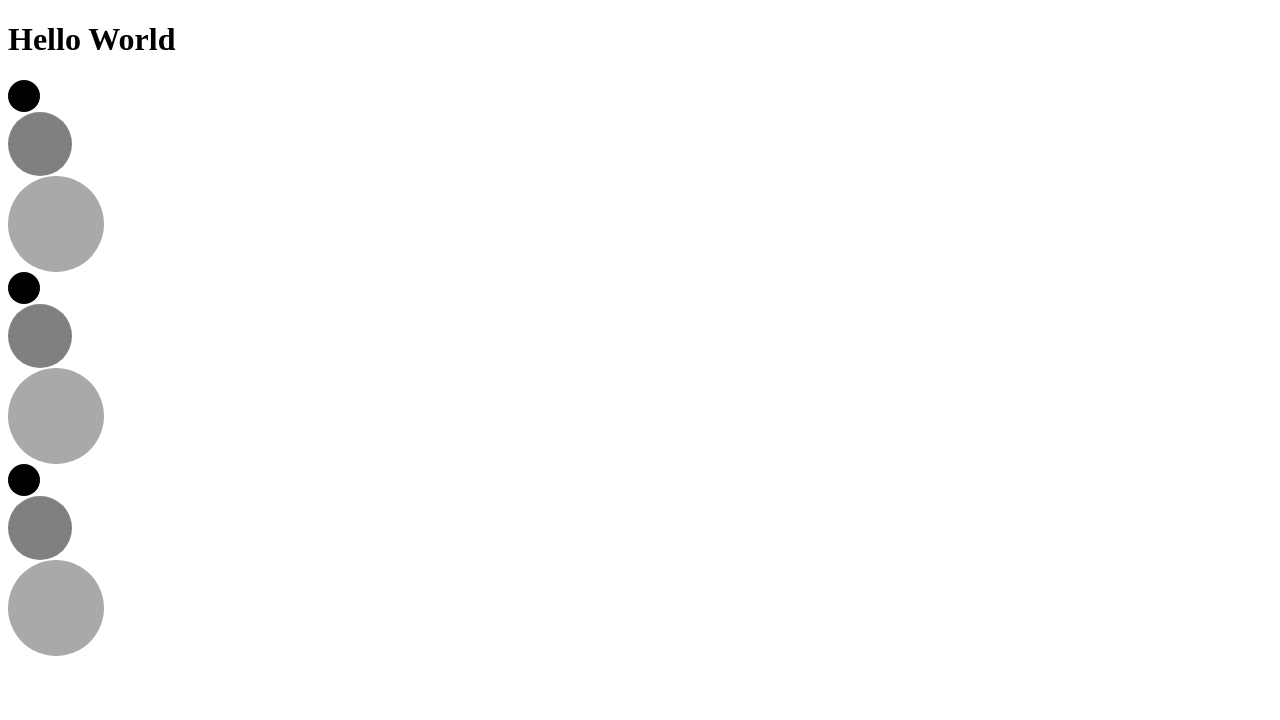
Repository: sarahlochhead/css-demo
Page: index.html
These files come from the project's save history. The page is drawn as it stood at one moment and after a run of saves; the edit follows.
The browser window is 1280 px wide. The pictures show the whole page.

Above is the page before, as saved 2023-04-28 12:28:47.

### index.html
<!DOCTYPE html>
<html lang="en">
<head>
    <meta charset="UTF-8">
    <meta http-equiv="X-UA-Compatible" content="IE=edge">
    <meta name="viewport" content="width=device-width, initial-scale=1.0">
    <title>Light It Up Demo</title>
    <link rel="stylesheet" href="styles.css">
</head>
<body>
    <header>
        <h1>Hello World</h1>
    </header>
    <div>
        <div class="small"></div>
        <div class="medium"></div>
        <div class="large"></div>
        <div class="small"></div>
        <div class="medium"></div>
        <div class="large"></div>
        <div class="small"></div>
        <div class="medium"></div>
        <div class="large"></div>
    </div>









</body>
</html>

### styles.css
@charset "utf-8";

/* h1 {
    position: absolute;
    top: 50%;
    font-size: 5rem;
    margin: 0 auto;
} */

.small {
    height: 2rem;
    width: 2rem;
    border-radius: 100%;
    background-color: black;
}

.medium {
    height: 4rem;
    width: 4rem;
    border-radius: 100%;
    background-color: grey;
}

.large {
    height: 6rem;
    width: 6rem;
    border-radius: 100%;
    background-color: darkgray;
}

After the next 2 saves:
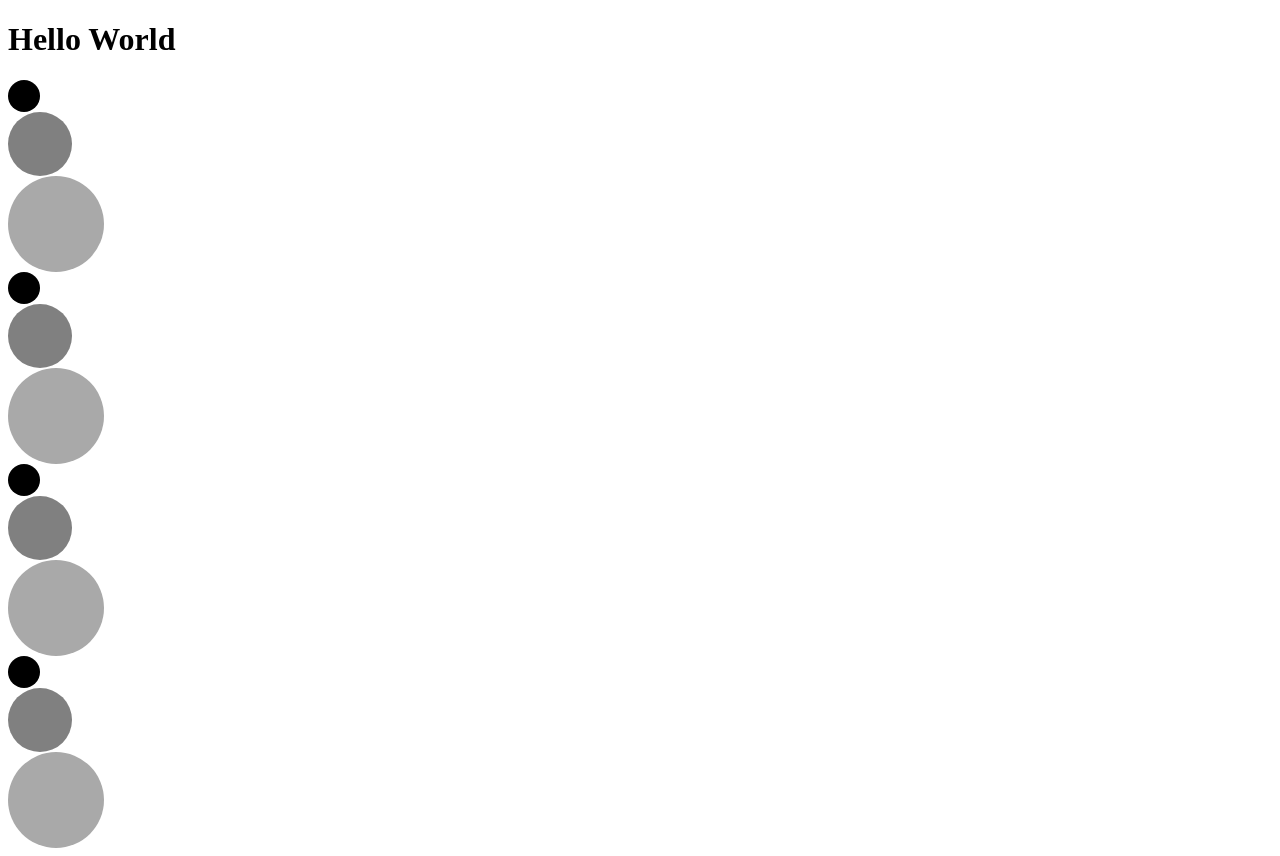
The 2 saves are shown as one change because they came seconds apart.
The last was saved 17 s later.
--- a/index.html
+++ b/index.html
@@ -21,7 +21,11 @@
         <div class="small"></div>
         <div class="medium"></div>
         <div class="large"></div>
+        <div class="small"></div>
+        <div class="medium"></div>
+        <div class="large"></div>
     </div>
+
 
 
 
